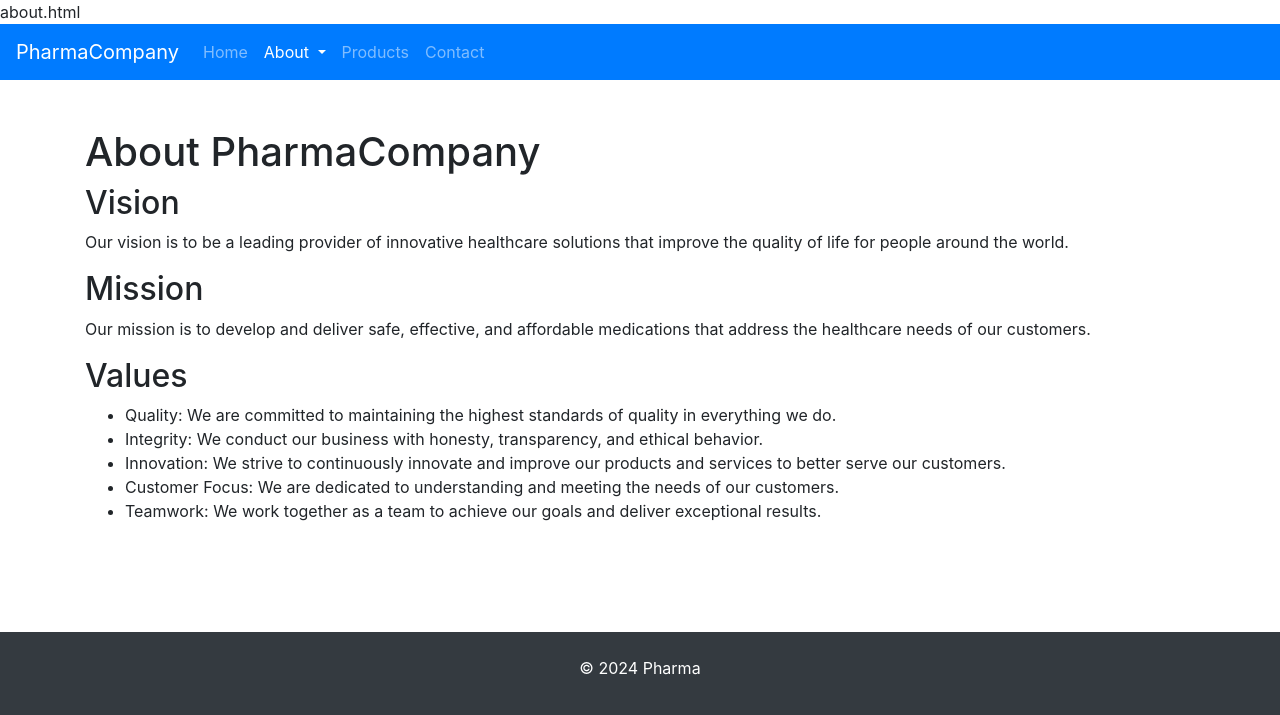
Repository: Oviya24032K6/Pharma
Page: oviya/pharmapp/static/about.html
The author's editor kept a copy of each file at every save. The page is drawn from the files as they stood at one save, then again after the next save.
The browser window is 1280 px wide. The pictures show the whole page.

Above is the page before, as saved 2024-05-07 08:30:14.
Not found: oviya/pharmapp/static/a.png

### oviya/pharmapp/static/about.html

about.html

<!DOCTYPE html>
<html lang="en">
<head>
  <meta charset="UTF-8">
  <meta name="viewport" content="width=device-width, initial-scale=1.0">
  <title>About PharmaCompany</title>
  <!-- Bootstrap CSS -->
  <link href="https://stackpath.bootstrapcdn.com/bootstrap/4.5.2/css/bootstrap.min.css" rel="stylesheet">
  <!-- Custom CSS -->
  <style>
    body {
      background-image: url('a.png');
      background-size: cover;
      background-repeat: no-repeat;
    }
    footer{
    position: fixed;
      left: 0;
      bottom: 0;
      width: 100%;
      background-color: #343a40;
      color: white;
      text-align: center;
      padding: 10px 0;
    }
  </style>
</head>
<body>

  <!-- Navbar -->
  <nav class="navbar navbar-expand-lg navbar-dark bg-primary">
    <a class="navbar-brand" href="#">PharmaCompany</a>
    <button class="navbar-toggler" type="button" data-toggle="collapse" data-target="#navbarSupportedContent" aria-controls="navbarSupportedContent" aria-expanded="false" aria-label="Toggle navigation">
      <span class="navbar-toggler-icon"></span>
    </button>

    <div class="collapse navbar-collapse" id="navbarSupportedContent">
      <ul class="navbar-nav mr-auto">
        <li class="nav-item">
          <a class="nav-link" href="web.html">Home</a>
        </li>
        <li class="nav-item dropdown active">
          <a class="nav-link dropdown-toggle" href="about.html" id="navbarDropdownAbout" role="button" data-toggle="dropdown" aria-haspopup="true" aria-expanded="false">
            About
          </a>
          <div class="dropdown-menu" aria-labelledby="navbarDropdownAbout">
            <a class="dropdown-item" href="#vision">Vision</a>
            <a class="dropdown-item" href="#mission">Mission</a>
            <a class="dropdown-item" href="#values">Values</a>
            <!-- Add more subheadings as needed -->
          </div>
        </li>
        <li class="nav-item">
          <a class="nav-link" href="product.html">Products</a>
        </li>
        <li class="nav-item">
          <a class="nav-link" href="#">Contact</a>
        </li>
      </ul>
    </div>
  </nav>

  <!-- Page Content -->
  <div class="container mt-5">
    <div class="row">
      <div class="col-md-12">
        <h1>About PharmaCompany</h1>
        <div id="vision">
          <h2>Vision</h2>
          <p>Our vision is to be a leading provider of innovative healthcare solutions that improve the quality of life for people around the world.</p>
        </div>
        <div id="mission">
          <h2>Mission</h2>
          <p>Our mission is to develop and deliver safe, effective, and affordable medications that address the healthcare needs of our customers.</p>
        </div>
        <div id="values">
          <h2>Values</h2>
          <ul>
            <li>Quality: We are committed to maintaining the highest standards of quality in everything we do.</li>
            <li>Integrity: We conduct our business with honesty, transparency, and ethical behavior.</li>
            <li>Innovation: We strive to continuously innovate and improve our products and services to better serve our customers.</li>
            <li>Customer Focus: We are dedicated to understanding and meeting the needs of our customers.</li>
            <li>Teamwork: We work together as a team to achieve our goals and deliver exceptional results.</li>
          </ul>
        </div>
        <!-- Add more subheadings as needed -->
      </div>
    </div>
  </div>

  <!-- Footer -->
  <footer class="bg-dark text-white text-center py-4 mt-5">
    <p>&copy; 2024 Pharma</p>
  </footer>

  <!-- Bootstrap JS -->
  <script src="https://code.jquery.com/jquery-3.5.1.slim.min.js"></script>
  <script src="https://cdn.jsdelivr.net/npm/popper.js@1.16.1/dist/umd/popper.min.js"></script>
  <script src="https://stackpath.bootstrapcdn.com/bootstrap/4.5.2/js/bootstrap.min.js"></script>
</body>
</html>

After the next save:
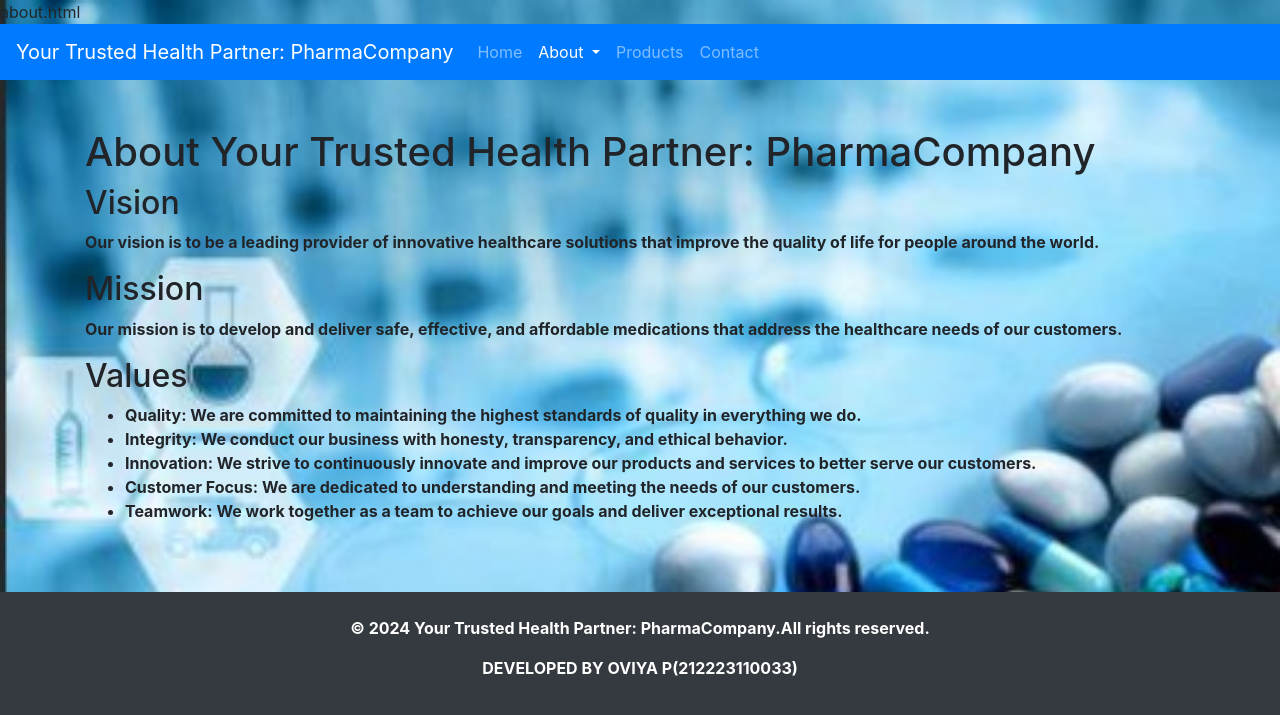
Saved 34 s later.
--- a/oviya/pharmapp/static/about.html
+++ b/oviya/pharmapp/static/about.html
@@ -1,4 +1,3 @@
-
 about.html
 
 <!DOCTYPE html>
@@ -6,13 +5,13 @@ about.html
 <head>
   <meta charset="UTF-8">
   <meta name="viewport" content="width=device-width, initial-scale=1.0">
-  <title>About PharmaCompany</title>
+  <title> Your Trusted Health Partner: PharmaCompany</title>
   <!-- Bootstrap CSS -->
   <link href="https://stackpath.bootstrapcdn.com/bootstrap/4.5.2/css/bootstrap.min.css" rel="stylesheet">
   <!-- Custom CSS -->
   <style>
     body {
-      background-image: url('a.png');
+      background-image: url("hehe.jpg");
       background-size: cover;
       background-repeat: no-repeat;
     }
@@ -21,7 +20,7 @@ about.html
       left: 0;
       bottom: 0;
       width: 100%;
-      background-color: #343a40;
+      background-color: #030508;
       color: white;
       text-align: center;
       padding: 10px 0;
@@ -32,7 +31,7 @@ about.html
 
   <!-- Navbar -->
   <nav class="navbar navbar-expand-lg navbar-dark bg-primary">
-    <a class="navbar-brand" href="#">PharmaCompany</a>
+    <a class="navbar-brand" href="#"> Your Trusted Health Partner: PharmaCompany</a>
     <button class="navbar-toggler" type="button" data-toggle="collapse" data-target="#navbarSupportedContent" aria-controls="navbarSupportedContent" aria-expanded="false" aria-label="Toggle navigation">
       <span class="navbar-toggler-icon"></span>
     </button>
@@ -64,10 +63,11 @@ about.html
   </nav>
 
   <!-- Page Content -->
+  <b>
   <div class="container mt-5">
     <div class="row">
       <div class="col-md-12">
-        <h1>About PharmaCompany</h1>
+        <h1>About  Your Trusted Health Partner: PharmaCompany</h1>
         <div id="vision">
           <h2>Vision</h2>
           <p>Our vision is to be a leading provider of innovative healthcare solutions that improve the quality of life for people around the world.</p>
@@ -93,9 +93,10 @@ about.html
 
   <!-- Footer -->
   <footer class="bg-dark text-white text-center py-4 mt-5">
-    <p>&copy; 2024 Pharma</p>
+    <p>&copy; 2024  Your Trusted Health Partner: PharmaCompany.All rights reserved.</p>
+    <p>DEVELOPED BY OVIYA P(212223110033)</p>
   </footer>
-
+</b>
   <!-- Bootstrap JS -->
   <script src="https://code.jquery.com/jquery-3.5.1.slim.min.js"></script>
   <script src="https://cdn.jsdelivr.net/npm/popper.js@1.16.1/dist/umd/popper.min.js"></script>
